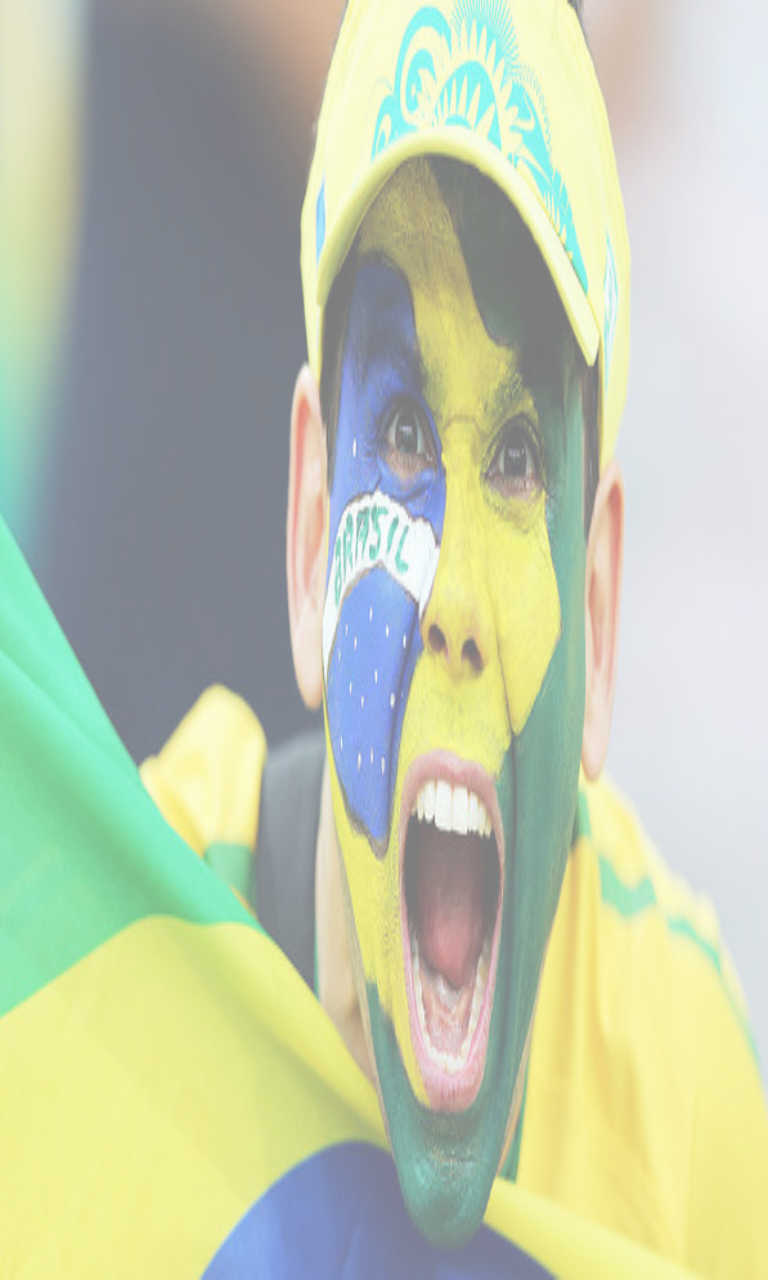
Repository: wellingtondessuy/AppLearning
Layout: HappyApp/res/layout/fragment_1.xml
These files come from the project's save history. The layout is drawn as it stood at one moment and after the next save; the edit follows.
It is drawn on a 768 x 1280 px phone screen (xhdpi) without system bars, with theme AppTheme; the app's code is not run.

Above is the layout before, as saved 2015-05-22 13:52:25.

### HappyApp/res/layout/fragment_1.xml
<RelativeLayout xmlns:android="http://schemas.android.com/apk/res/android"
    xmlns:tools="http://schemas.android.com/tools"
    android:layout_width="match_parent"
    android:layout_height="match_parent"
    android:background="@drawable/back_1"
    android:alpha="0.5"
    tools:context="com.example.happyapp.MainActivity$PlaceholderFragment" >

</RelativeLayout>

Loaded but not shown: HappyApp/res/values/styles.xml (common file); HappyApp/res/values-v11/styles.xml (common file); HappyApp/res/values-v14/styles.xml (common file)

After the next save:
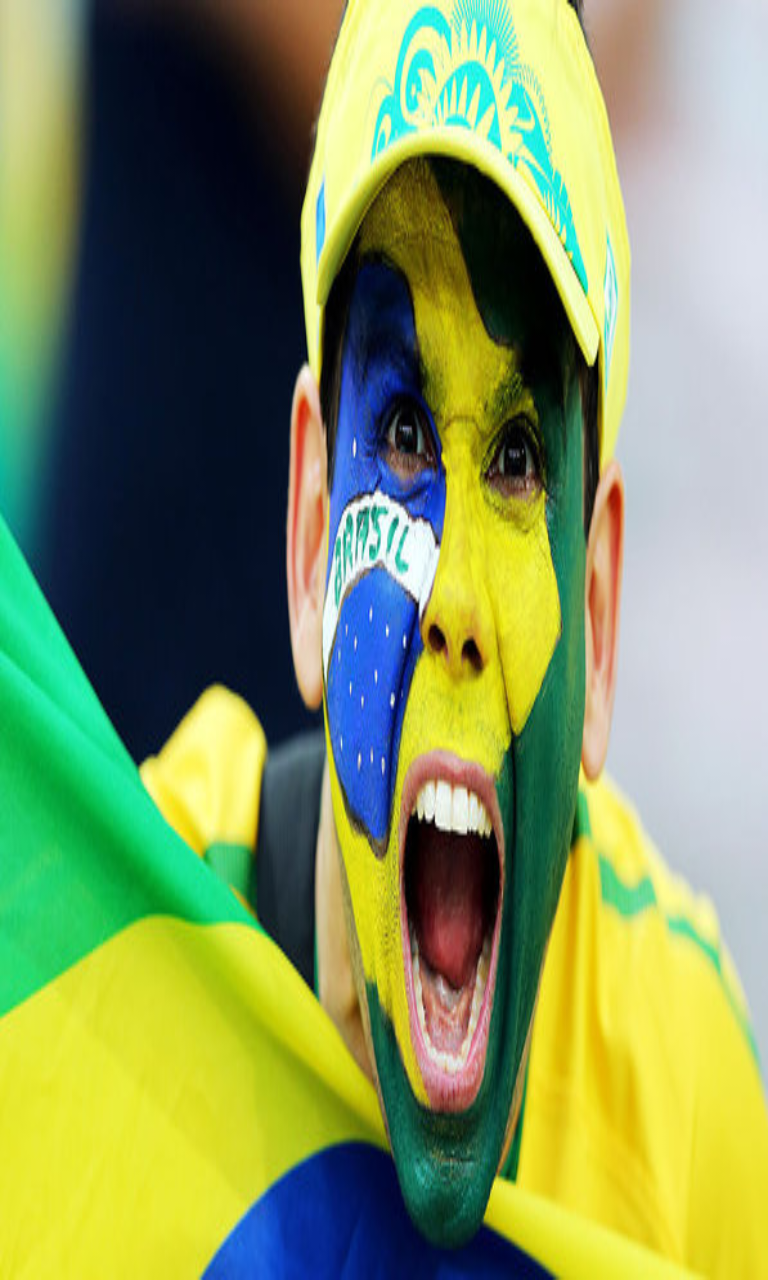
Saved 3 min 34 s later.
--- a/HappyApp/res/layout/fragment_1.xml
+++ b/HappyApp/res/layout/fragment_1.xml
@@ -3,7 +3,6 @@
     android:layout_width="match_parent"
     android:layout_height="match_parent"
     android:background="@drawable/back_1"
-    android:alpha="0.5"
     tools:context="com.example.happyapp.MainActivity$PlaceholderFragment" >
 
 </RelativeLayout>
